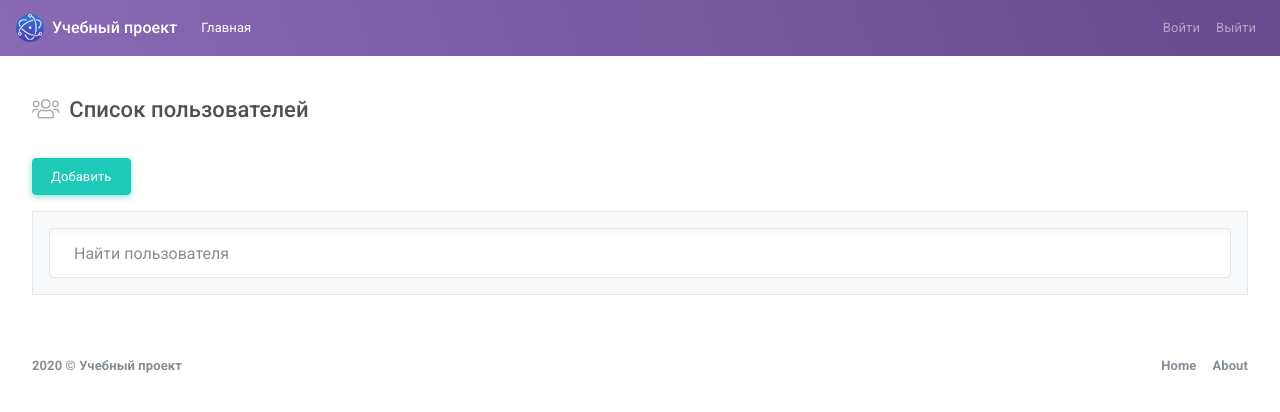
Repository: saberzhan19/diving
Page: http://localhost/users.php
These files come from the project's save history. The page is drawn as it stood at one moment and after the next save; the edit follows.
The browser window is 1280 px wide. The pictures show the whole page.
The page is run by PHP 8.4 with error messages shown; the project is at /var/www/html/. Queries for data that is not in the repository find no rows.

Above is the page before, as saved 2022-03-04 06:14:15.
Console error: TypeError: Cannot read properties of undefined (reading 'match')

### users.php
<?php
    require "functions.php";
?>

<!DOCTYPE html>
<html lang="en">
<head>
    <meta charset="UTF-8">
    <title>Document</title>
    <meta name="description" content="Chartist.html">
    <meta http-equiv="X-UA-Compatible" content="IE=edge">
    <meta name="viewport" content="width=device-width, initial-scale=1, shrink-to-fit=no, user-scalable=no, minimal-ui">
    <link id="vendorsbundle" rel="stylesheet" media="screen, print" href="css/vendors.bundle.css">
    <link id="appbundle" rel="stylesheet" media="screen, print" href="css/app.bundle.css">
    <link id="myskin" rel="stylesheet" media="screen, print" href="css/skins/skin-master.css">
    <link rel="stylesheet" media="screen, print" href="css/fa-solid.css">
    <link rel="stylesheet" media="screen, print" href="css/fa-brands.css">
    <link rel="stylesheet" media="screen, print" href="css/fa-regular.css">
</head>
    <body class="mod-bg-1 mod-nav-link">
        <nav class="navbar navbar-expand-lg navbar-dark bg-primary bg-primary-gradient">
            <a class="navbar-brand d-flex align-items-center fw-500" href="users.html"><img alt="logo" class="d-inline-block align-top mr-2" src="img/logo.png"> Учебный проект</a> <button aria-controls="navbarColor02" aria-expanded="false" aria-label="Toggle navigation" class="navbar-toggler" data-target="#navbarColor02" data-toggle="collapse" type="button"><span class="navbar-toggler-icon"></span></button>
            <div class="collapse navbar-collapse" id="navbarColor02">
                <ul class="navbar-nav mr-auto">
                    <li class="nav-item active">
                        <a class="nav-link" href="http://rahimain/diving/">Главная <span class="sr-only">(current)</span></a>
                    </li>
                </ul>
                <ul class="navbar-nav ml-auto">
                    <li class="nav-item">
                        <a class="nav-link" href="page_login.php">Войти</a>
                    </li>
                    <li class="nav-item">
                        <a class="nav-link" href="/">Выйти</a>
                    </li>
                </ul>
            </div>
        </nav>

        <main id="js-page-content" role="main" class="page-content mt-3">

            <?php if(isset($_SESSION['success'])): ?>
            <!-- <div class="alert alert-success"> -->
                <? echo display_flash_message['success']; ?>
                <!-- Профиль успешно обновлен. -->
            <!-- </div> -->
            <? endif;?>
            <?php if(isset($_SESSION['success'])): ?>
            <!-- <div class="alert alert-success"> -->
                <? echo display_flash_message['success']; ?>
                <!-- Профиль успешно обновлен. -->
            <!-- </div> -->
            <? endif;?>

            <div class="subheader">
                <h1 class="subheader-title">
                    <i class='subheader-icon fal fa-users'></i> Список пользователей
                </h1>
            </div>
            <div class="row">
                <div class="col-xl-12">
                    <a class="btn btn-success" href="create_user.php">Добавить</a>

                    <div class="border-faded bg-faded p-3 mb-g d-flex mt-3">
                        <input type="text" id="js-filter-contacts" name="filter-contacts" class="form-control shadow-inset-2 form-control-lg" placeholder="Найти пользователя">
                        <div class="btn-group btn-group-lg btn-group-toggle hidden-lg-down ml-3" data-toggle="buttons">
                            <label class="btn btn-default active">
                                <input type="radio" name="contactview" id="grid" checked="" value="grid"><i class="fas fa-table"></i>
                            </label>
                            <label class="btn btn-default">
                                <input type="radio" name="contactview" id="table" value="table"><i class="fas fa-th-list"></i>
                            </label>
                        </div>
                    </div>
                </div>
            </div>

            <?php

                $pdo = new PDO("mysql:host=localhost;dbname=rahimain", "root", "");

                $sql = "SELECT* FROM people";

                $statement = $pdo->prepare($sql);
                $statement->execute();
                $users = $statement->fetchAll(PDO::FETCH_ASSOC);

            ?>

            <div class="row" id="js-contacts">

                <?php foreach ($users as $user): ?>

                    <div class="col-xl-4">
                        <div id="<? echo $user['id'] ?>" class="card border shadow-0 mb-g shadow-sm-hover" data-filter-tags="<? echo $user['data-filter-tags'] ?>">
                        <div class="card-body border-faded border-top-0 border-left-0 border-right-0 rounded-top">
                            <div class="d-flex flex-row align-items-center">
                                <span class="status <? echo $user['status'];?> mr-3">
                                    <span class="rounded-circle profile-image d-block " style="background-image:url('<? echo $user['avatar'] ?>'); background-size: cover;"></span>
                                </span>
                                <div class="info-card-text flex-1">
                                    <a href="javascript:void(0);" class="fs-xl text-truncate text-truncate-lg text-info" data-toggle="dropdown" aria-expanded="false">

                                        <? echo $user['username'] ?>

                                        <i class="fal fas fa-cog fa-fw d-inline-block ml-1 fs-md"></i>
                                        <i class="fal fa-angle-down d-inline-block ml-1 fs-md"></i>
                                    </a>
                                    <div class="dropdown-menu">
                                        <a class="dropdown-item" href="edit.html">
                                            <i class="fa fa-edit"></i>
                                        Редактировать</a>
                                        <a class="dropdown-item" href="security.html">
                                            <i class="fa fa-lock"></i>
                                        Безопасность</a>
                                        <a class="dropdown-item" href="status.html">
                                            <i class="fa fa-sun"></i>
                                        Установить статус</a>
                                        <a class="dropdown-item" href="media.html">
                                            <i class="fa fa-camera"></i>
                                            Загрузить аватар
                                        </a>
                                        <a href="#" class="dropdown-item" onclick="return confirm('are you sure?');">
                                            <i class="fa fa-window-close"></i>
                                            Удалить
                                        </a>
                                    </div>
                                    <span class="text-truncate text-truncate-xl"><? echo $user['job'] ?> </span>
                                </div>
                                <button class="js-expand-btn btn btn-sm btn-default d-none" data-toggle="collapse" data-target="#c_1 > .card-body + .card-body" aria-expanded="false">
                                    <span class="collapsed-hidden">+</span>
                                    <span class="collapsed-reveal">-</span>
                                </button>
                            </div>
                        </div>
                        <div class="card-body p-0 collapse show">
                            <div class="p-3">
                                <a href="tel:+13174562564" class="mt-1 d-block fs-sm fw-400 text-dark">
                                    <i class="fas fa-mobile-alt text-muted mr-2"></i> <? echo $user['phone'] ?> </a>
                                <a href="mailto:oliver.kopyov@smartadminwebapp.com" class="mt-1 d-block fs-sm fw-400 text-dark">
                                    <i class="fas fa-mouse-pointer text-muted mr-2"></i> <? echo $user['email'] ?></a>
                                <address class="fs-sm fw-400 mt-4 text-muted">
                                    <i class="fas fa-map-pin mr-2"></i> <? echo $user['address'] ?></address>
                                <div class="d-flex flex-row">
                                    <a href="javascript:void(0);" class="mr-2 fs-xxl" style="color:#4680C2">
                                        <i class="fab fa-vk"></i>
                                    </a>
                                    <a href="javascript:void(0);" class="mr-2 fs-xxl" style="color:#38A1F3">
                                        <i class="fab fa-telegram"></i>
                                    </a>
                                    <a href="javascript:void(0);" class="mr-2 fs-xxl" style="color:#E1306C">
                                        <i class="fab fa-instagram"></i>
                                    </a>
                                </div>
                            </div>
                        </div>
                      </div>
                     </div>

                <?php endforeach; ?>


            </div>
        </main>

        <!-- BEGIN Page Footer -->
        <footer class="page-footer" role="contentinfo">
            <div class="d-flex align-items-center flex-1 text-muted">
                <span class="hidden-md-down fw-700">2020 © Учебный проект</span>
            </div>
            <div>
                <ul class="list-table m-0">
                    <li><a href="intel_introduction.html" class="text-secondary fw-700">Home</a></li>
                    <li class="pl-3"><a href="info_app_licensing.html" class="text-secondary fw-700">About</a></li>
                </ul>
            </div>
        </footer>

    </body>

    <script src="js/vendors.bundle.js"></script>
    <script src="js/app.bundle.js"></script>
    <script>

        $(document).ready(function()
        {

            $('input[type=radio][name=contactview]').change(function()
                {
                    if (this.value == 'grid')
                    {
                        $('#js-contacts .card').removeClassPrefix('mb-').addClass('mb-g');
                        $('#js-contacts .col-xl-12').removeClassPrefix('col-xl-').addClass('col-xl-4');
                        $('#js-contacts .js-expand-btn').addClass('d-none');
                        $('#js-contacts .card-body + .card-body').addClass('show');

                    }
                    else if (this.value == 'table')
                    {
                        $('#js-contacts .card').removeClassPrefix('mb-').addClass('mb-1');
                        $('#js-contacts .col-xl-4').removeClassPrefix('col-xl-').addClass('col-xl-12');
                        $('#js-contacts .js-expand-btn').removeClass('d-none');
                        $('#js-contacts .card-body + .card-body').removeClass('show');
                    }

                });

                //initialize filter
                initApp.listFilter($('#js-contacts'), $('#js-filter-contacts'));
        });

    </script>
</html>

### functions.php
<?php



function get_user_by_email( $email ) {

    $email = $_POST["email"];
    $password = $_POST["password"];

    $pdo = new PDO("mysql:host=localhost;dbname=rahimain", "root", "");

    $sql = "SELECT * FROM diving WHERE email = :email";

    $statement = $pdo->prepare($sql);
    $statement->execute([
                "email" => $email
            ]);
    $students = $statement->fetch(PDO::FETCH_ASSOC);

    return $students;

};


function set_flash_message($name, $message) {

    $_SESSION[$name] = $message;

};

function redirect_to($path) {
    header("Location: {$path}");
    exit;
};


function add_user($email, $password) {

    $pdo = new PDO("mysql:host=localhost;dbname=rahimain", "root", "");

    $sql = "INSERT INTO diving (email, password) VALUES (:email, :password)";
    // подготавлеваем запрос
    $statement = $pdo->prepare($sql);
    // выполнениям запрос
    $statement->execute([
         "email" => $email,
         "password" => password_hash($password, PASSWORD_DEFAULT)
    ]);

    return $pdo->lastInsertId();

};

// по схеме авторизация, 2 - вызов функции авторизации

function display_flash_message($name) {

    if(isset($_SESSION["$name"])){

        echo "<div class=\"alert alert-{$name} text-dark\" role=\"alert\">{$_SESSION[$name]}</div>" ;
        unset($_SESSION["$name"]);
    }

};


function login ($email, $password){

    $user = get_user_by_email($email);

    //  3 - форма   Если:
    // 1. Нет такого Пользователя?
    // 2. Хэш пароля не совпадает?

    if (!$user) {
        set_flash_message('danger', '<strong>Внимание!</strong> Такого пользователя не существует');
        return false;
    }

    // внизу код не правильный ввиду того, что $hash - это строка, $students - это массив. Они всегда будут не правильными.
    // if( $hash != $students) {
    //     set_flash_message('danger' ,'<strong>Внимание!</strong> Пароль не правильный');
    //     return false;
    //  }


    // $password из формы отсюда
    // $user['password'] из базы данных
     if(!password_verify($password, $user['password'])) {
        set_flash_message('danger' ,'<strong>Внимание!</strong> Пароль не верный');
        return false;
     }

     //  10 - возваращем true
     $_SESSION['diving'] = $user;
     return true;

}

function is_not_logged_in() {
    if(isset($_SESSION['diving'])){
        return true;
    }
    return false;
}

function create_user(array $params)
    {
        if(!empty($params['password']))
            $params['password'] = password_hash($params['password'], PASSWORD_DEFAULT);

        if (create('users', $params)) {
            return true;
        }
        return false;
    }

    function create(string $table_name, array $params)
    {
        $fields = '';
        $params2 = $params;
        $keys = array_keys($params2);
        $count = count($keys);
        for ($i = 0; $i < $count; ++$i) {
            $fields .=  ':' . $keys[$i];
            if ($count - 1 != $i) {
                $fields .=  ',';
            }
        }
        $comma_separated = implode(",", $keys);
        $sql = "INSERT INTO $table_name ($comma_separated) VALUES ($fields) ";
        return query($sql, $params);
    }

function get_users()
{
    $pdo = new PDO("mysql:host=localhost;dbname=rahimain", "root", "");
    $sql = "SELECT * FROM diving";

    if($_SESSION['diving']['role'] == 1){
        return $pdo->query($sql);
    }else {
        $sql .= ' WHERE id= :id';
        $params = ['id' => $_SESSION['diving']['id']];
        return query($sql, $params);
    }
}
function query(string $sql, array $params)
{
    $pdo = new PDO("mysql:host=localhost;dbname=rahimain", "root", "");
    $stmt = $pdo->prepare($sql);
    if (!empty($params)) {
        foreach ($params as $key => $val) {
            if (is_int($val)) {
                $type = PDO::PARAM_INT;
            } else {
                $type = PDO::PARAM_STR;
            }
            $stmt->bindValue(':' . $key, $val, $type);
        }
    }
    $stmt->execute();
    return $stmt;
}

Loaded but not shown: css/vendors.bundle.css (library); css/app.bundle.css (library); css/skins/skin-master.css (library); css/fa-solid.css (common file); css/fa-brands.css (common file); css/fa-regular.css (common file); js/vendors.bundle.js (library); js/app.bundle.js (library); webfonts/fa-light-300.html (common file)

After the next save:
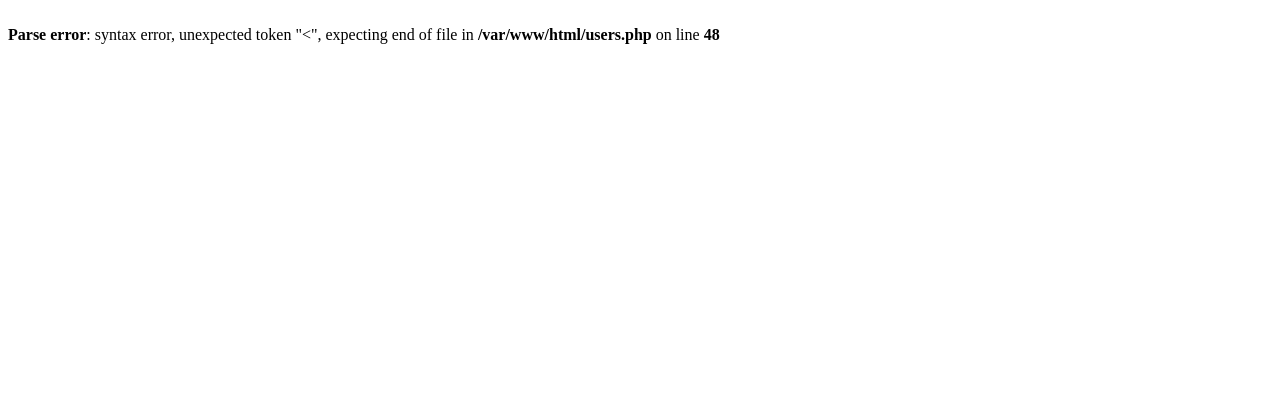
The error is gone.
Saved 18 s later.
--- a/users.php
+++ b/users.php
@@ -44,7 +44,7 @@
                 <? echo display_flash_message['success']; ?>
                 <!-- Профиль успешно обновлен. -->
             <!-- </div> -->
-            <? endif;?>
+            <? endif;
             <?php if(isset($_SESSION['success'])): ?>
             <!-- <div class="alert alert-success"> -->
                 <? echo display_flash_message['success']; ?>

After the 2 saves that followed:
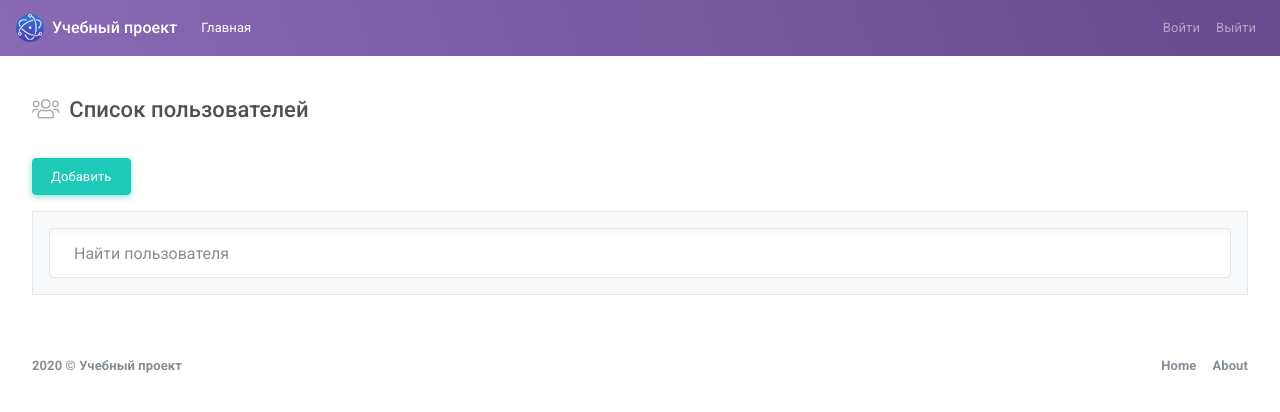
Console error: TypeError: Cannot read properties of undefined (reading 'match')
The 2 saves are shown as one change because they came seconds apart.
The last was saved 8 s later.
--- a/users.php
+++ b/users.php
@@ -45,7 +45,7 @@
                 <!-- Профиль успешно обновлен. -->
             <!-- </div> -->
             <? endif;
-            <?php if(isset($_SESSION['success'])): ?>
+            if(isset($_SESSION['success'])): ?>
             <!-- <div class="alert alert-success"> -->
                 <? echo display_flash_message['success']; ?>
                 <!-- Профиль успешно обновлен. -->
